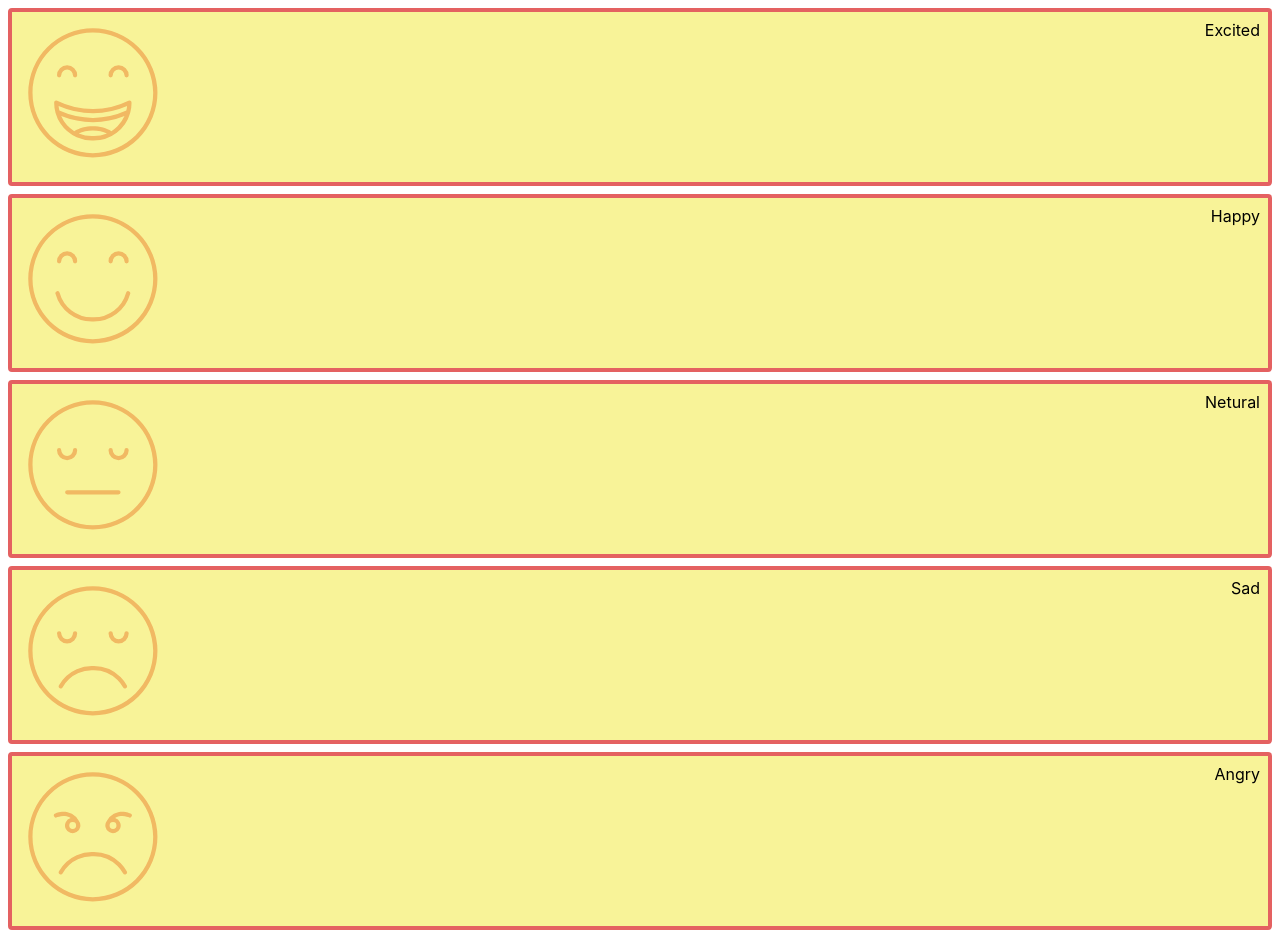
Repository: majakesin/moodify-app
Page: /
An editor plug-in stored every save of this project. The page is shown before and after the next save, followed by the edit.
The browser window is 1280 px wide. The pictures show the whole page.
The project was rebuilt for these pictures with package versions that can differ from the ones it lists, and the page was loaded fresh each time.

Above is the page before, as saved 2023-08-21 12:08:31.

### public/index.html
<!DOCTYPE html>
<html lang="en">
  <head>
    <meta charset="utf-8" />
    <link rel="icon" href="%PUBLIC_URL%/logo.svg" />
    <meta name="viewport" content="width=device-width, initial-scale=1" />
    <meta name="theme-color" content="#000000" />
    <meta
      name="description"
      content="Moodify -- App that gives yours ears the best music based on your mood"
    />
    <link rel="apple-touch-icon" href="%PUBLIC_URL%/logo.svg" />
    <!--
      manifest.json provides metadata used when your web app is installed on a
      user's mobile device or desktop. See https://developers.google.com/web/fundamentals/web-app-manifest/
    -->
    <link rel="manifest" href="%PUBLIC_URL%/manifest.json" />
    <!--
      Notice the use of %PUBLIC_URL% in the tags above.
      It will be replaced with the URL of the `public` folder during the build.
      Only files inside the `public` folder can be referenced from the HTML.

      Unlike "/favicon.ico" or "favicon.ico", "%PUBLIC_URL%/favicon.ico" will
      work correctly both with client-side routing and a non-root public URL.
      Learn how to configure a non-root public URL by running `npm run build`.
    -->
    <title>Moodify</title>
  </head>
  <body>
    <noscript>You need to enable JavaScript to run this app.</noscript>
    <div id="root"></div>
    <!--
      This HTML file is a template.
      If you open it directly in the browser, you will see an empty page.

      You can add webfonts, meta tags, or analytics to this file.
      The build step will place the bundled scripts into the <body> tag.

      To begin the development, run `npm start` or `yarn start`.
      To create a production bundle, use `npm run build` or `yarn build`.
    -->
  </body>
</html>

### src/App.js
import './App.css';
import {moods}  from 'src/data/moods'
import Mood from './components/Mood';

function App() {
  return (
    <div className="App">
      {moods.map(({type,icon}) => {
        return (<Mood type={type} icon={icon} />)
      })}
    </div>
  );
}

export default App;

### src/data/moods.js
export const moods = [
    {
        type: 'Excited',
        icon: <svg id="SvgjsSvg1081" xmlns="http://www.w3.org/2000/svg" version="1.1" xmlnsXlink="http://www.w3.org/1999/xlink" xmlnsSvgjs="http://svgjs.com/svgjs">
                <defs id="SvgjsDefs1082"></defs>
                <g id="SvgjsG1083">
                    <svg xmlns="http://www.w3.org/2000/svg" data-name="Layer 1" viewBox="0 0 1012 1012" width="288" height="288">
                        <path fill="currentcolor" d="M416.51318,95.48682A226.99992,226.99992,0,1,0,95.48682,416.51318,226.99992,226.99992,0,1,0,416.51318,95.48682ZM256,468C139.103,468,44,372.897,44,256S139.103,44,256,44s212,95.103,212,212S372.897,468,256,468ZM137.5,202a7.50006,7.50006,0,0,0,7.5-7.5,20.5,20.5,0,0,1,41,0,7.5,7.5,0,0,0,15,0,35.5,35.5,0,0,0-71,0A7.50006,7.50006,0,0,0,137.5,202Zm181,0a7.50006,7.50006,0,0,0,7.5-7.5,20.5,20.5,0,0,1,41,0,7.5,7.5,0,0,0,15,0,35.5,35.5,0,0,0-71,0A7.50006,7.50006,0,0,0,318.5,202Zm69.95947,82.13037a7.49875,7.49875,0,0,0-7.27832-.356A284.51645,284.51645,0,0,1,257.5,313h-1.48a284.55042,284.55042,0,0,1-125.2002-29.2251A7.4999,7.4999,0,0,0,120,290.5a132.31839,132.31839,0,0,0,79.15625,121.32324A131.47888,131.47888,0,0,0,252.5,423h7a132.5854,132.5854,0,0,0,127.794-97.37988A133.06894,133.06894,0,0,0,392,290.5,7.5003,7.5003,0,0,0,388.45947,284.13037ZM259.5,408h-7a116.58888,116.58888,0,0,1-46.02222-9.36157C219.72205,391.8783,237.33752,388,256.002,388c18.66236,0,36.27466,3.87708,49.51734,10.63538A116.56076,116.56076,0,0,1,259.5,408Zm83.08691-34.41309a117.56809,117.56809,0,0,1-21.38024,16.93219C305.07166,379.48517,281.17847,373,256.002,373c-25.18383,0-49.0852,6.48932-65.22168,17.52966a116.81051,116.81051,0,0,1-46.07495-53.13611,299.90773,299.90773,0,0,0,111.31323,21.61036c.5044,0,1.01612-.00147,1.52051-.00391A300.023,300.023,0,0,0,367.2478,337.40454,117.86031,117.86031,0,0,1,342.58691,373.58691ZM373.6593,318.347A284.8703,284.8703,0,0,1,257.46094,344c-.49219.00293-.97412.00391-1.46387.00391a284.90227,284.90227,0,0,1-117.65942-25.65967,117.74477,117.74477,0,0,1-2.72388-15.77832A299.64178,299.64178,0,0,0,256.02,328h1.519a299.80874,299.80874,0,0,0,118.84668-25.43555A117.6884,117.6884,0,0,1,373.6593,318.347Z" class="color2c2b2d svgShape"></path>
                    </svg>
                </g>
             </svg>
    },
    {
        type: 'Happy',
        icon: <svg id="SvgjsSvg1102" xmlns="http://www.w3.org/2000/svg" version="1.1" xmlnsXlink="http://www.w3.org/1999/xlink" xmlnsSvgjs="http://svgjs.com/svgjs">
                <defs id="SvgjsDefs1103"></defs>
                <g id="SvgjsG1104">
                    <svg xmlns="http://www.w3.org/2000/svg" data-name="Layer 1" viewBox="0 0 1012 1012" width="288" height="288">
                        <path fill="currentcolor" d="M382.042,299.40674a7.496,7.496,0,0,0-9.21582,5.251A117.42927,117.42927,0,0,1,259.5,391h-7a117.41578,117.41578,0,0,1-113.32715-86.33447,7.49971,7.49971,0,1,0-14.46484,3.96875A132.417,132.417,0,0,0,252.5,406h7a132.58733,132.58733,0,0,0,127.793-97.37744A7.4999,7.4999,0,0,0,382.042,299.40674ZM416.51367,95.48682A227.00026,227.00026,0,0,0,95.48633,416.51318,227.00026,227.00026,0,0,0,416.51367,95.48682ZM256,468C139.10254,468,44,372.897,44,256S139.10254,44,256,44s212,95.103,212,212S372.89746,468,256,468ZM137.5,202a7.49974,7.49974,0,0,0,7.5-7.5,20.5,20.5,0,0,1,41,0,7.5,7.5,0,0,0,15,0,35.5,35.5,0,0,0-71,0A7.49974,7.49974,0,0,0,137.5,202Zm181,0a7.49974,7.49974,0,0,0,7.5-7.5,20.5,20.5,0,0,1,41,0,7.5,7.5,0,0,0,15,0,35.5,35.5,0,0,0-71,0A7.49974,7.49974,0,0,0,318.5,202Z" class="color2c2b2d svgShape"></path>
                    </svg>
                </g>
            </svg> ,
    },
    {
        type: 'Netural',
        icon: <svg id="SvgjsSvg1123" xmlns="http://www.w3.org/2000/svg" version="1.1" xmlnsXlink="http://www.w3.org/1999/xlink" xmlnsSvgjs="http://svgjs.com/svgjs">
                <defs id="SvgjsDefs1124"></defs>
                <g id="SvgjsG1125">
                    <svg xmlns="http://www.w3.org/2000/svg" data-name="Layer 1" viewBox="0 0 1012 1012" width="288" height="288">
                        <path fill="currentcolor" d="M201,204.5a7.5,7.5,0,0,0-15,0,20.5,20.5,0,0,1-41,0,7.5,7.5,0,0,0-15,0,35.5,35.5,0,0,0,71,0ZM374.5,197a7.50006,7.50006,0,0,0-7.5,7.5,20.5,20.5,0,0,1-41,0,7.5,7.5,0,0,0-15,0,35.5,35.5,0,0,0,71,0A7.50006,7.50006,0,0,0,374.5,197ZM416.51318,95.48682A226.99992,226.99992,0,1,0,95.48682,416.51318,226.99992,226.99992,0,1,0,416.51318,95.48682ZM256,468C139.103,468,44,372.897,44,256S139.103,44,256,44s212,95.103,212,212S372.897,468,256,468Zm90-123H166a7.5,7.5,0,0,0,0,15H346a7.5,7.5,0,0,0,0-15Z" class="color2c2b2d svgShape"></path>
                    </svg>
                </g>
            </svg>,
    },
    {
        type: 'Sad',
        icon: <svg id="SvgjsSvg1193" xmlns="http://www.w3.org/2000/svg" version="1.1" xmlnsXlink="http://www.w3.org/1999/xlink" xmlnsSvgjs="http://svgjs.com/svgjs">
                <defs id="SvgjsDefs1194"></defs>
                <g id="SvgjsG1195">
                    <svg xmlns="http://www.w3.org/2000/svg" data-name="Layer 1" viewBox="0 0 1012 1012" width="288" height="288">
                         <path fill="currentcolor" d="M165.5,230A35.54028,35.54028,0,0,0,201,194.5a7.5,7.5,0,0,0-15,0,20.5,20.5,0,0,1-41,0,7.5,7.5,0,0,0-15,0A35.54028,35.54028,0,0,0,165.5,230Zm209-43a7.50006,7.50006,0,0,0-7.5,7.5,20.5,20.5,0,0,1-41,0,7.5,7.5,0,0,0-15,0,35.5,35.5,0,0,0,71,0A7.50006,7.50006,0,0,0,374.5,187ZM353.19336,347.94678A132.16887,132.16887,0,0,0,259.5,309.14014h-7a131.47793,131.47793,0,0,0-53.34082,11.17529,133.55143,133.55143,0,0,0-62.24854,56.51221,7.50013,7.50013,0,0,0,13.07911,7.34472,118.4576,118.4576,0,0,1,55.21435-50.1289A116.57358,116.57358,0,0,1,252.5,324.14014h7a117.16738,117.16738,0,0,1,83.08691,34.41308,117.92616,117.92616,0,0,1,19.42432,25.62061,7.5,7.5,0,0,0,13.07715-7.34766A132.92018,132.92018,0,0,0,353.19336,347.94678Zm63.31982-252.46A226.99992,226.99992,0,1,0,95.48682,416.51318,226.99992,226.99992,0,1,0,416.51318,95.48682ZM256,468C139.103,468,44,372.897,44,256S139.103,44,256,44s212,95.103,212,212S372.897,468,256,468Z" class="color2c2b2d svgShape"></path>
                    </svg>
                </g>
            </svg>,
    },
    {
        type: 'Angry',
        icon: <svg id="SvgjsSvg1217"  xmlns="http://www.w3.org/2000/svg" version="1.1" xmlnsXlink="http://www.w3.org/1999/xlink" xmlnSvgjs="http://svgjs.com/svgjs">
                <defs id="SvgjsDefs1218"></defs>
                     <g id="SvgjsG1219">
                        <svg xmlns="http://www.w3.org/2000/svg" data-name="Layer 1" viewBox="0 0 1012 1012" width="288" height="288">
                            <path fill="currentcolor" d="M353.19336,347.94629A132.1737,132.1737,0,0,0,259.5,309.13965h-7a131.5101,131.5101,0,0,0-53.3418,11.17578,133.55212,133.55212,0,0,0-62.24707,56.51172,7.49995,7.49995,0,0,0,13.07813,7.3457A118.46814,118.46814,0,0,1,205.20313,334.043,116.60013,116.60013,0,0,1,252.5,324.13965h7a117.16506,117.16506,0,0,1,83.08691,34.41406,117.92838,117.92838,0,0,1,19.42481,25.62012,7.49957,7.49957,0,1,0,13.07617-7.34766A132.91978,132.91978,0,0,0,353.19336,347.94629ZM416.51367,95.48682A227.00044,227.00044,0,0,0,95.48633,416.51367,227.00044,227.00044,0,0,0,416.51367,95.48682ZM256,468C139.10254,468,44,372.89746,44,256,44,139.103,139.10254,44,256,44s212,95.103,212,212C468,372.89746,372.89746,468,256,468ZM175.12207,188.29736c.96533.53955,1.88086,1.10938,2.769,1.69336a27.02454,27.02454,0,1,0,28.58863,9.52246,62.7776,62.7776,0,0,0-24.04029-24.31005c-27.82519-15.55176-56.1748-2.73292-59.31445-1.21973a7.49994,7.49994,0,1,0,6.50977,13.51367C132.05762,186.33057,153.91113,176.44189,175.12207,188.29736ZM185.12012,204a12,12,0,1,1-12,12A12.01344,12.01344,0,0,1,185.12012,204ZM388.875,173.9834c-3.1416-1.51367-31.49121-14.33447-59.31348,1.21924a62.778,62.778,0,0,0-24.04126,24.31054,26.989,26.989,0,1,0,28.58887-9.52234c.88843-.58435,1.804-1.15429,2.76978-1.694,21.21191-11.85743,43.06347-1.96631,45.48632-.79981A7.49994,7.49994,0,1,0,388.875,173.9834ZM338.87988,216a12,12,0,1,1-12-12A12.01343,12.01343,0,0,1,338.87988,216Z" class="color2c2b2d svgShape"></path>
                        </svg>
                    </g>
            </svg>
    }
]

### src/components/Mood/index.jsx
import styles from './index.module.css';

const Mood = (props) => {

    const {type, icon} = props;

    return (
        <div className={styles.card}>
          <div className={styles.icon}>
            {icon}
          </div>
          <div>
            {type}
        </div>
        </div>
    )
};

export default Mood;

### src/components/Mood/index.module.css

@import '../../styles/variables.css';

.card {
    border: 4px solid var(--fourth-color);
    border-radius: 4px;
    margin: 8px;
    padding: 8px;
    display: flex;
    justify-content: space-between;
    background-color: var(--second-color);
}

.icon {
    color: var(--third-color);
}

.icon svg  {
    width: 100%;
    height: auto;
}

### src/styles/variables.css
:root,
    :root.rainbow {
        --first-color: #cbf078;
        --second-color: #f8f398;
        --third-color: #f1b963;
        --fourth-color: #e46161;
    }
    :root.blue {
        --first-color: #5585b5;
        --second-color: #53a8b6;
        --third-color: #79c2d0;
        --fourth-color: #bbe4e9;
    }
    :root.pink {
        --first-color: #45171d;
        --second-color: #e84a5f;
        --third-color: #ff847c;
        --fourth-color: #fecea8;

    }

Loaded but not shown: src/index.js (common file); src/index.css (common file); src/reportWebVitals.js (common file); src/App.css (common file)

After the next save:
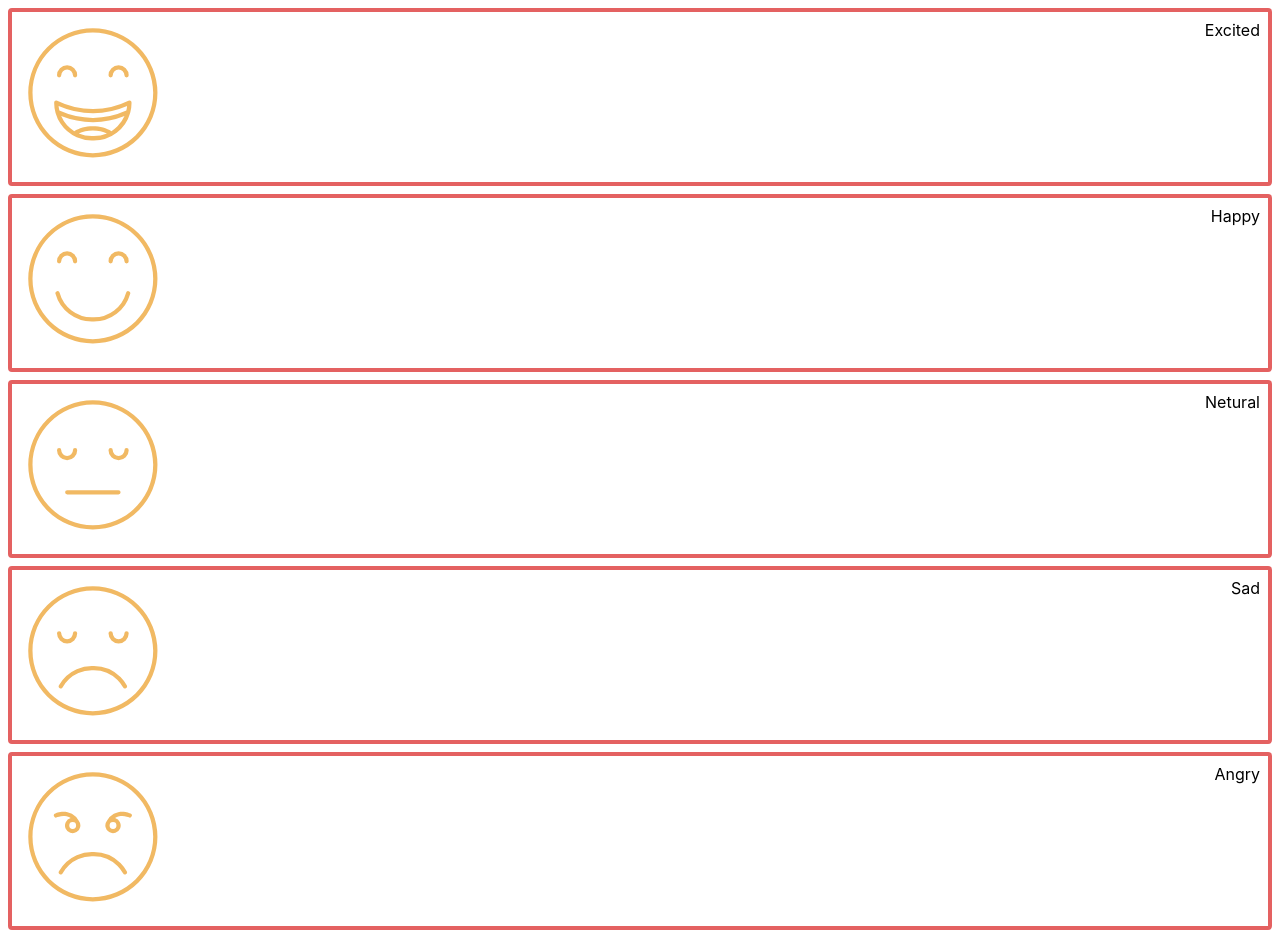
Saved 31 s later.
--- a/src/components/Mood/index.module.css
+++ b/src/components/Mood/index.module.css
@@ -8,7 +8,6 @@
     padding: 8px;
     display: flex;
     justify-content: space-between;
-    background-color: var(--second-color);
 }
 
 .icon {
